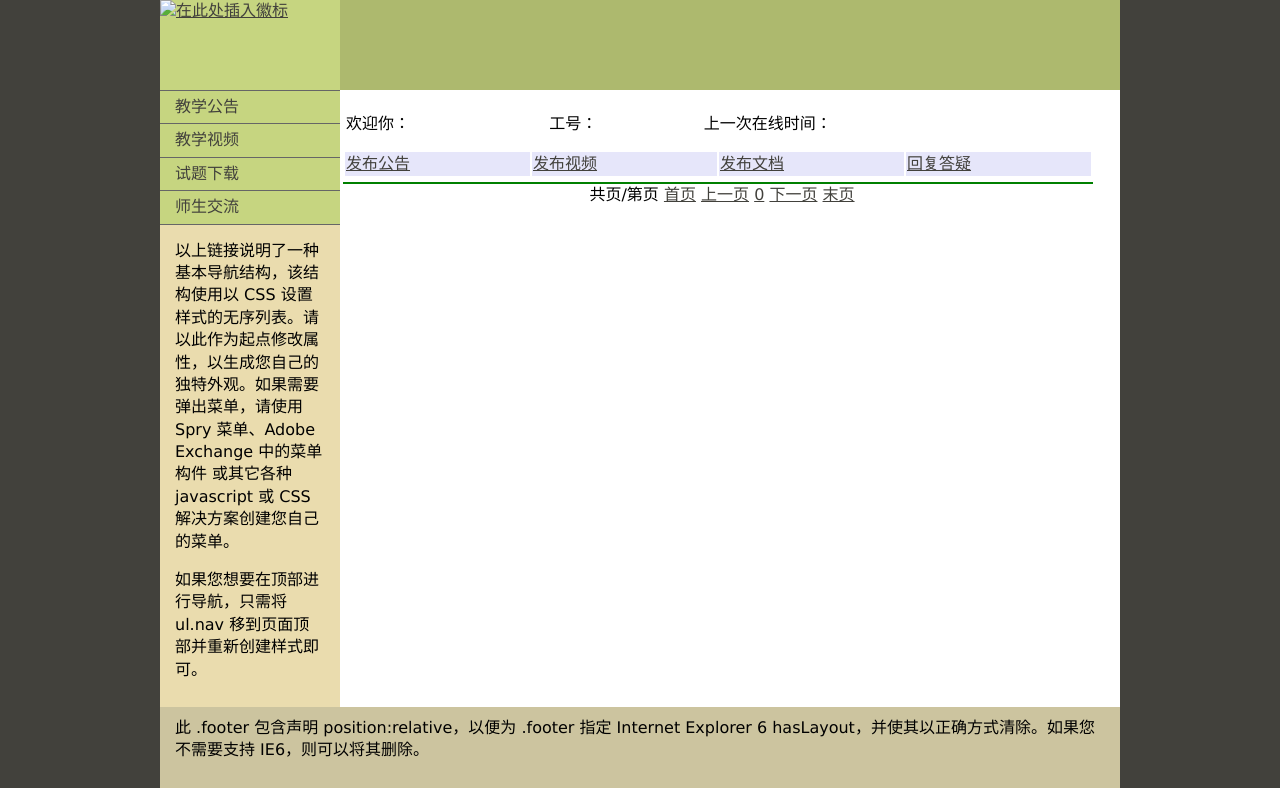
Repository: wxbuditou/Java-
Page: http://localhost/Project/Teacher/teacher_document.jsp
These files come from the project's save history. The page is drawn as it stood at one moment and after the next save; the edit follows.
The browser window is 1280 px wide. The pictures show the whole page.
The page is served by Tomcat 9. The template is opened directly, without the code that normally fills it, so the values that code supplies are empty.

Above is the page before, as saved 2019-06-23 15:24:41.

After the next save:
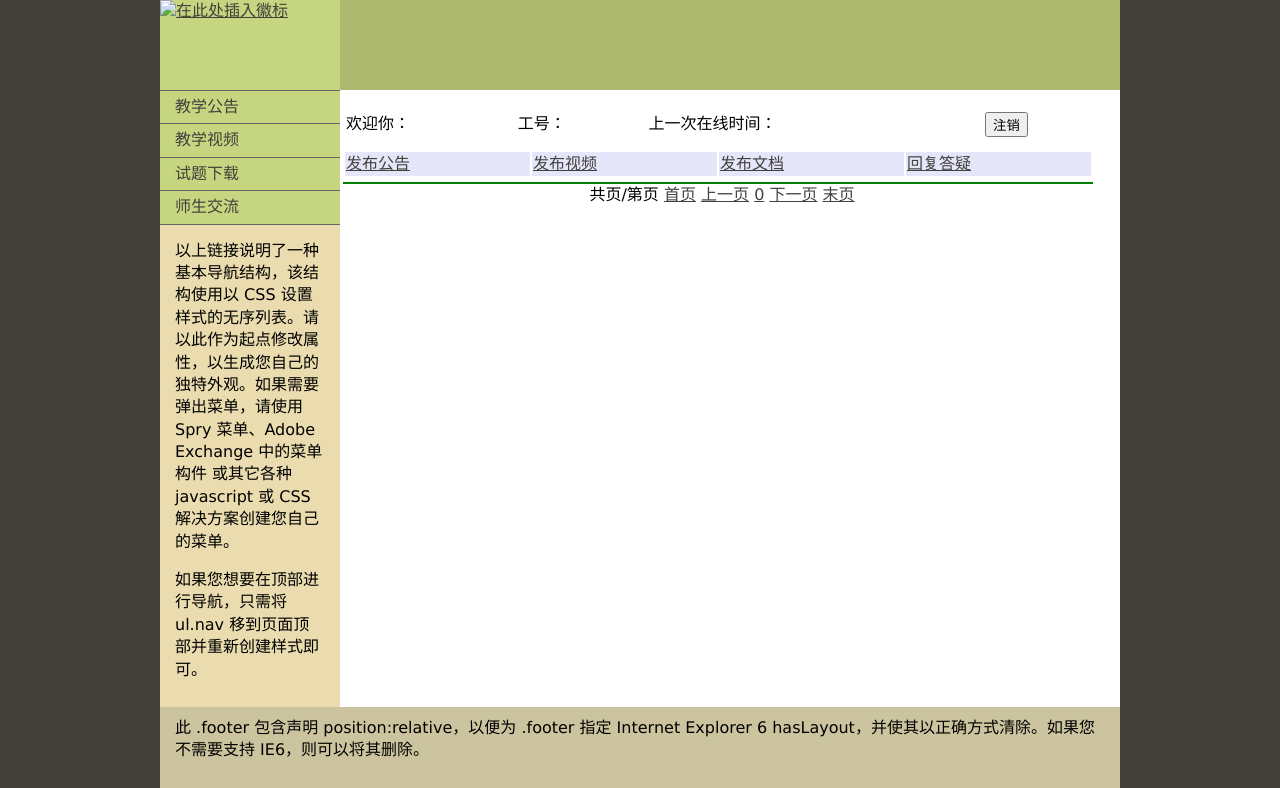
Saved 2 min 40 s later.
--- a/Project/WebContent/Teacher/teacher_document.jsp
+++ b/Project/WebContent/Teacher/teacher_document.jsp
@@ -168,6 +168,7 @@ ul.nav a:hover, ul.nav a:active, ul.nav a:focus { /* 这将更改鼠标和键盘
               <td height="37">欢迎你：${sessionScope.teacher.teacher_username }</td>
               <td>工号：${sessionScope.teacher.teacher_number }</td>
               <td>上一次在线时间：${sessionScope.teacher.teacher_onlinetime}</td>
+              <td><button id="logout" onclick="logout();">注销</button></td>
             </tr>
           </table>
         </div>
